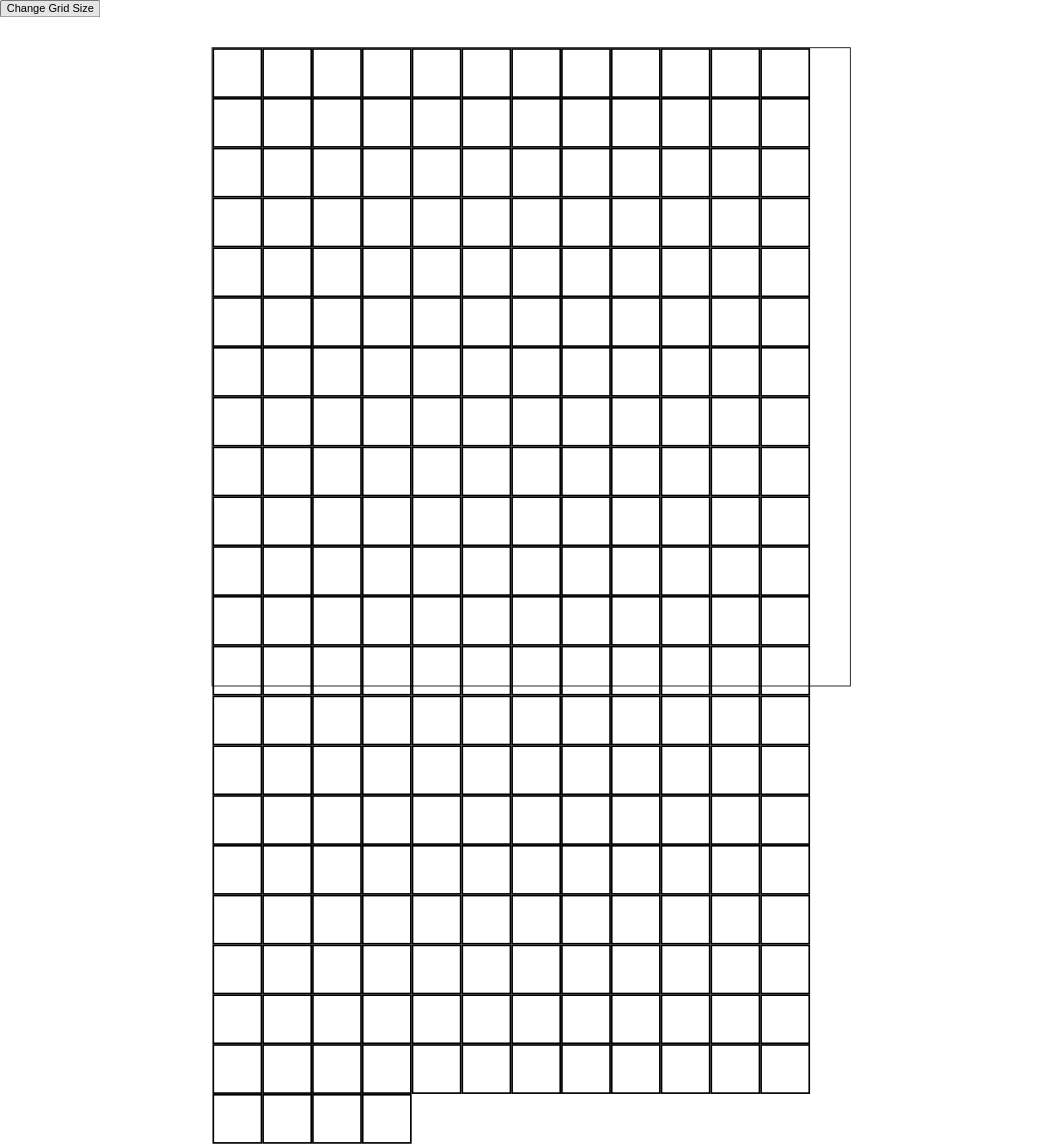
Repository: ShaneLau2/Odin-Project-Etch-a-Sketch
Page: index.html
An editor plug-in stored every save of this project. The page is shown before and after the next save, followed by the edit.
The browser window is 1280 px wide. The pictures show the whole page, at 83% of full size.

Above is the page before, as saved 2024-03-04 18:25:05.

After the next save:
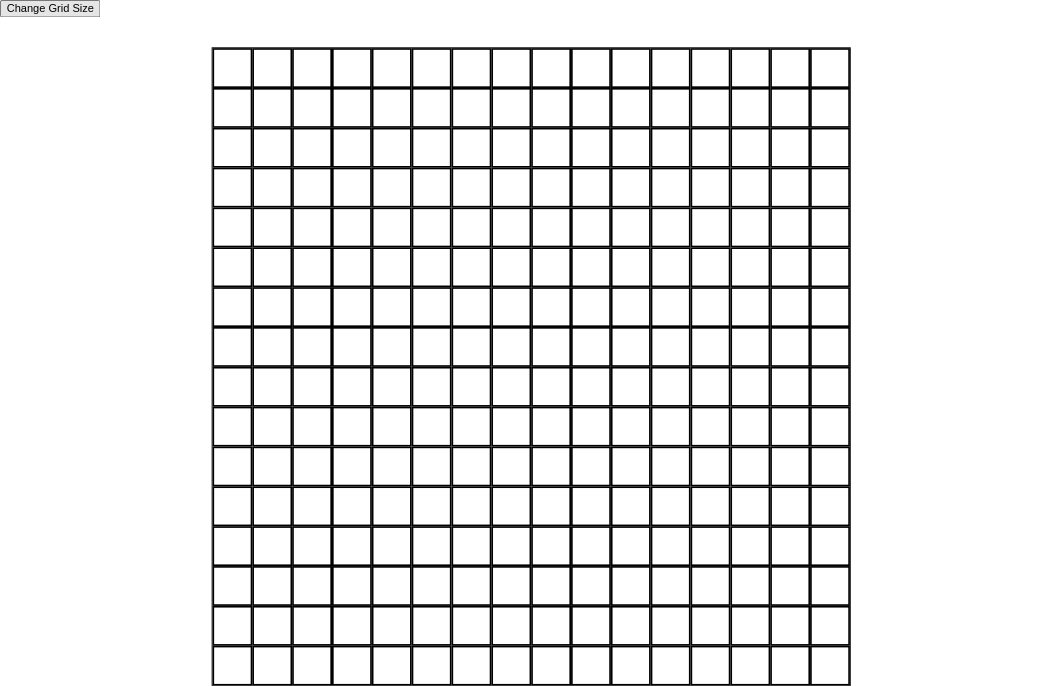
Saved 80 s later.
--- a/script.js
+++ b/script.js
@@ -33,9 +33,9 @@ document.addEventListener("DOMContentLoaded", function() {
         }
 
         // Remove existing grid
-        while (container.firstChild) {
-            container.removeChild(container.firstChild);
-        }
+        // while (container.firstChild) {
+        //     container.removeChild(container.firstChild);
+        // }
         document.querySelectorAll(".square").forEach((square) => {
             square.remove();
         });
@@ -50,8 +50,8 @@ document.addEventListener("DOMContentLoaded", function() {
         for (let i = 0; i < size * size; i++) {
             const square = document.createElement("div");
             square.classList.add("square");
-            square.style.width = `calc(960px / ${size})`;
-            square.style.height = `calc(960px / ${size})`;
+            square.style.width = `calc(60vw / ${size})`;
+            square.style.height = `calc(60vw / ${size})`;
             container.appendChild(square);
             square.addEventListener("mouseover", function() {
                 square.style.backgroundColor = "gray";
